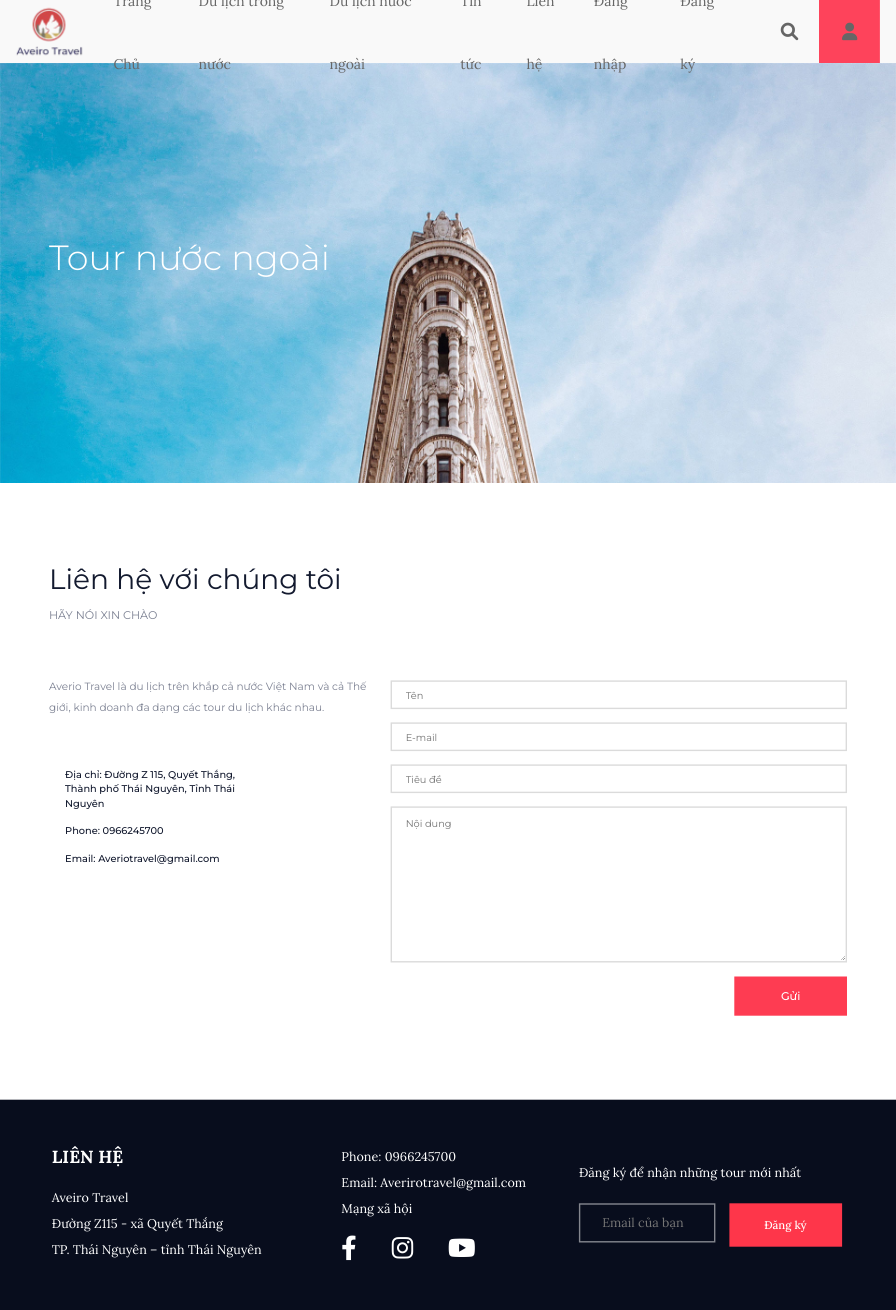
Repository: tuan842001/demotest
Page: /contact
The author's editor kept a copy of each file at every save. The page is drawn from the files as they stood at one save, then again after the next save.
The browser window is 1280 px wide. The pictures show the whole page, at 70% of full size.
The project was rebuilt for these pictures with package versions that can differ from the ones it lists, and the page was loaded fresh each time. Also part of the build but not shown: src/components/header/HeaderHome.jsx, src/components/top/top.css, src/components/post/post.css, src/components/post/Post.jsx, src/components/intourPost/intourPost.css, src/components/intourPost/IntourPost.jsx, src/components/posts/posts.css, src/components/posts/Posts.jsx and 20 more.

Above is the page before, as saved 2021-10-16 23:07:08.

### public/index.html
<!DOCTYPE html>
<html lang="en">
  <head>
    <meta charset="utf-8" />
    <link rel="icon" href="%PUBLIC_URL%/favicon.ico" />
    <meta name="viewport" content="width=device-width, initial-scale=1" />
    <meta name="theme-color" content="#000000" />
    <meta name="description" content="Web site created using create-react-app"/>
    <link href="https://fonts.googleapis.com/css2?family=Lora:wght@400;500;600;700&display=swap" rel="stylesheet">
    <link rel="stylesheet" href="https://cdnjs.cloudflare.com/ajax/libs/font-awesome/6.0.0-beta2/css/all.min.css" integrity="sha512-YWzhKL2whUzgiheMoBFwW8CKV4qpHQAEuvilg9FAn5VJUDwKZZxkJNuGM4XkWuk94WCrrwslk8yWNGmY1EduTA==" crossorigin="anonymous" referrerpolicy="no-referrer" />
    <link href="https://fonts.googleapis.com/css2?family=Lora:ital,wght@1,700&family=Montserrat:wght@200&display=swap" rel="stylesheet">
    <link href="https://fonts.googleapis.com/css2?family=Montserrat:wght@400;500;600;700;800;900&display=swap" rel="stylesheet">
	  <Link rel="stylesheet" href="./assets/styles/bootstrap4/popper.js">
	  <Link rel="stylesheet" href="./assets/styles/bootstrap4/bootstrap.min.js">
	  <Link rel="stylesheet" href="./assets/styles/bootstrap4/bootstrap.min.css">
	  <Link rel="stylesheet" href="./assets/styles/plugins/OwlCarousel2-2.2.1/owl.carousel.css">
	  <Link rel="stylesheet" href="./assets/styles/main_styles.css">
      <!--  -->
      <link rel="stylesheet"  href="./assets/styles/bootstrap4/bootstrap.min.css">
      <Link rel="stylesheet"  href="./assets/styles/js/jquery-3.2.1.min.js">
      <Link rel="stylesheet"  href="./assets/styles/bootstrap4/popper.js">
      <Link rel="stylesheet"  href="./assets/styles/bootstrap4/bootstrap.min.js">
      <Link rel="stylesheet"  href="./assets/plugins/OwlCarousel2-2.2.1/owl.carousel.js">
      <Link rel="stylesheet"  href="./assets/plugins/easing/easing.js">
      <Link rel="stylesheet"  href="./assets/plugins/parallax-js-master/parallax.min.js">
      <Link rel="stylesheet"  href="./assets/plugins/magnific-popup/jquery.magnific-popup.min.js">
      <Link rel="stylesheet"  href="./assets/styles/js/custom.js">
      <!--  -->
      <link
      rel="stylesheet"
      href="https://unpkg.com/swiper/swiper-bundle.min.css"
    />
    <title>Aveiro Travel</title>
  </head>
  <body>
    <noscript>You need to enable JavaScript to run this app.</noscript>
    <div id="root"></div>
  </body>
</html>

### src/pages/contact/Contact.jsx
import HeaderOuttour from "../../components/header/HeaderOuttour";
import Bottombar from "../../components/bottombar/Bottombar";
import "./contact.css";

export default function Contact() {
  return (
    <>
      <HeaderOuttour />
      <div className="contact">
        <div className="container">
          <div className="row">
            <div className="col">
              <div className="contactTitle">Liên hệ với chúng tôi</div>
              <div className="contactSubtitle">Hãy nói xin chào</div>
            </div>
          </div>
          <div className="row contactContent">
            <div className="col-lg-5">
              <div className="contactText">
                <p>
                  Averio Travel là du lịch trên khắp cả nước Việt Nam và cả Thế
                  giới, kinh doanh đa dạng các tour du lịch khác nhau.
                </p>
              </div>
              <div className="contactInfo">
                <div className="contactInfoContainer">
                  <ul>
                    <li>
                      Địa chỉ: Đường Z 115, Quyết Thắng, Thành phố Thái Nguyên,
                      Tỉnh Thái Nguyên
                    </li>
                    <li>Phone: 0966245700</li>
                    <li>Email: Averiotravel@gmail.com</li>
                  </ul>
                </div>
              </div>
            </div>
            <div className="col-lg-7">
              <div className="contactFormContainer">
                <form action="#" id="contact_form" class="clearfix">
                  <input
                    id="contact_input_name"
                    class="contact_input contact_input_name"
                    type="text"
                    placeholder="Tên"
                    required="required"
                    data-error="Name is required."
                  />
                  <input
                    id="contact_input_email"
                    class="contact_input contact_input_email"
                    type="text"
                    placeholder="E-mail"
                    required="required"
                    data-error="E-mail is required."
                  />
                  <input
                    id="contact_input_subject"
                    class="contact_input contact_input_subject"
                    type="text"
                    placeholder="Tiêu đề"
                  />
                  <textarea
                    id="contact_input_message"
                    class="contact_message_input contact_input_message"
                    name="message"
                    placeholder="Nội dung"
                    required="required"
                    data-error="Please, write us a message."
                  ></textarea>
                  <button
                    id="contact_send_btn"
                    type="submit"
                    class="contact_send_btn trans_200"
                    value="Submit"
                  >
                    Gửi
                  </button>
                </form>
              </div>
            </div>
          </div>
        </div>
      </div>
      <Bottombar />
    </>
  );
}

### src/components/topbar/TopBar.jsx
import { Link } from "react-router-dom";
import React from "react";
import "./topbar.css";

export default function TopBar() {
  const user = false;
  return (
    <div className="top">
      <div className="topLeft">
        <img
          className="topImg"
          src="./assets/images/logoAveiroTravel.png"
          alt=""
        />
      </div>
      <div className="topCenter">
        <ul className="topList">
          <li className="topListItem">
            <Link
              style={{
                textDecoration: "none",
                color: "inherit",
                fontsize: "20px",
              }}
              to="/"
            >
              Trang Chủ
            </Link>
          </li>
          <li className="topListItem">
            <Link
              style={{
                textDecoration: "none",
                color: "inherit",
                fontsize: "20px",
              }}
              to="/intour"
            >
              Du lịch trong nước
            </Link>
          </li>
          <li className="topListItem">
            <Link
              style={{
                textDecoration: "none",
                color: "inherit",
                fontsize: "20px",
              }}
              to="/outtour"
            >
              Du lịch nước ngoài
            </Link>
          </li>
          <li className="topListItem">
            <Link
              style={{
                textDecoration: "none",
                color: "inherit",
                fontsize: "20px",
              }}
              to="/news"
            >
              Tin tức
            </Link>
          </li>
          <li className="topListItem">
            <Link
              style={{
                textDecoration: "none",
                color: "inherit",
                fontsize: "20px",
              }}
              to="/contact"
            >
              Liên hệ
            </Link>
          </li>
          <li className="topListItem">
            <Link
              style={{
                textDecoration: "none",
                color: "inherit",
                fontsize: "20px",
              }}
              to="/login"
            >
              Đăng nhập
            </Link>
          </li>
          <li className="topListItem">
            <Link
              style={{
                textDecoration: "none",
                color: "inherit",
                fontsize: "20px",
              }}
              to="/register"
            >
              Đăng ký
            </Link>
          </li>
        </ul>
      </div>
      <div className="topRight">
        <div className="topList">
          <div className="topSeach">
            <i className="topSearchIcon fas fa-search"></i>
          </div>
          <div className="topUser">
            <i class="topSearchIcon fas fa-user"></i>
          </div>
        </div>
      </div>
    </div>
  );
}

### src/components/bottombar/Bottombar.jsx
import "./bottombar.css";

export default function Bottombar() {
  return (
    <div className="bottombar">
      <div className="bottomLeft">
        <span className="bottomTitle">LIÊN HỆ</span>
        <span className="bottomText">Aveiro Travel</span>
        <span className="bottomText">Đường Z115 - xã Quyết Thắng</span>
        <span className="bottomText">TP. Thái Nguyên – tỉnh Thái Nguyên</span>
      </div>
      <div className="bottomCenter">
        <span className="bottomText">Phone: 0966245700</span>
        <span className="bottomText">Email: Averirotravel@gmail.com</span>
        <span className="bottomText">
          Mạng xã hội <i></i>
        </span>
        <div className="bottomItem">
          <i className="bottomIcon fab fa-facebook-f"></i>
          <i className="bottomIcon fab fa-instagram"></i>
          <i className="bottomIcon fab fa-youtube"></i>
        </div>
      </div>
      <div className="bottomRight">
        <span className="bottomText">Đăng ký để nhận những tour mới nhất</span>
        <div className="bottomSubscribe">
          <input
            type="email"
            id="bottom_input"
            className="bottom_input"
            placeholder="Email của bạn"
          />
          <button type="submit" id="bottom_button" class="bottom_button">
            Đăng ký
          </button>
        </div>
      </div>
    </div>
  );
}

### src/app.css
*{
    margin: 0;
    padding: 0;
    -webkit-font-smoothing: antialiased;
    -webkit-text-shadow: rgba(0,0,0,.01) 0 0 1px;
    text-shadow: rgb(0 0 0 / 1%) 0 0 1px;
}
body{
    font-family: 'Montserrat', sans-serif;
    font-size: 14px;
    font-weight: 400;
    background: #FFFFFF;
    color: #131a2f;
}
ul{
    list-style: none;
    margin-bottom: 0px;
    padding-left: 0rem !important;
}
a{
    display: block;
    font-size: 16px;
    font-weight: 500;
    line-height: 56px;
    text-decoration: none;
    background-color: transparent;
}

.sectionTitle{
    padding-top: 30px;
    line-height: 1.1;
    font-size: 40px;
    font-weight: 300;
    text-align: center!important;

}
.sectionTitle div {
    font-size: 16px;
    font-weight: 600;
    color: #7d8293;
    text-transform: uppercase;
    margin-top: 19px;
}
img{
    vertical-align: middle;
    border-style: none;
}
/* div{
    display: block;
    position: relative;
    -webkit-box-sizing: border-box;
    -moz-box-sizing: border-box;
    box-sizing: border-box;
} */


.dropdown-content {
    display: none;
    position: absolute;
    right: 0;
    top: 100%;
    margin: 0;
    width: 100%;
    background: #FFFFFF;

    z-index: 1;
    box-shadow: 0 15px 25px rgb(63 78 100 / 15%);
}

.dropdown:hover .dropdown-content {
    display: block;
}
.btn-primary {
    color: #fff;
    background-color: #fe435b;
    border-color: #fe435b;
    font-weight: 500;
}

### src/components/header/HeaderOuttour.jsx
import "./header.css";

export default function HeaderOuttour() {
  return (
    <div>
      <div className="headerIntour">
        <div className="headerIntourBackground">
          <img src="./assets/images/news.jpg" alt="" />
        </div>
        <div class="container">
          <div class="row">
            <div class="col">
              <div class="header_content">
                <div class="header_content_inner">
                  <div class="header_title">Tour nước ngoài</div>
                  <div class="header_breadcrumbs">
                    <ul class="header_breadcrumbs_list">
                      <li class="header_breadcrumb"></li>
                    </ul>
                  </div>
                </div>
              </div>
            </div>
          </div>
        </div>
      </div>
    </div>
  );
}

### src/pages/contact/contact.css
.contact {
    padding-top: 107px;
    padding-bottom: 120px;
}
.contactTitle {
    font-size: 40px;
    font-weight: 400;
    color: #131a2f;
}
.contactSubtitle {
    font-size: 16px;
    text-transform: uppercase;
    color: #7d8293;
    margin-top: 10px;
}


.contactContent {
    margin-top: 74px;
}
.contactInfo {
    margin-top: 75px;
}
.contactText p {
    font-size: 15px;
    line-height: 2;
    font-weight: 400;
    color: #7d8293;
    -webkit-font-smoothing: antialiased;
    -webkit-text-shadow: rgba(0,0,0,.01) 0 0 1px;
    text-shadow: rgb(0 0 0 / 1%) 0 0 1px;
}
.contactInfoContainer {
    display: inline-block;
    vertical-align: top;
    margin-top: -4px;
    padding-left: 23px;
    max-width: 310px;
}
.contactInfoContainer ul li {
    font-size: 14px;
    color: #131a2f;
    font-weight: 500;
    margin-bottom: 18px;
}


.contactFormContainer {
    width: 100%;
    margin-top: 7px;
}
.contact_form_container {
    width: 100%;
    margin-top: 7px;
}
.contact_input {
    width: 100%;
    height: 41px;
    border: solid 2px #dbdbdb;
    padding-left: 20px;
    margin-bottom: 19px;
    outline: none;
}
.contact_input_message {
    width: 100%;
    height: 223px;
    border: solid 2px #dbdbdb;
    outline: none;
    padding-top: 13px;
    padding-left: 20px;
}
.contact_send_btn {
    width: 161px;
    height: 56px;
    background: rgba(254,60,82,1);
    border: none;
    outline: none;
    float: right;
    color: #FFFFFF;
    font-size: 16px;
    font-weight: 500;
    cursor: pointer;
    margin-top: 14px;
}

### src/components/topbar/topbar.css
.top{
    width: 100%;
    height: 90px;
    background-color: #f9f9f9;
    position: sticky;
    top: 0;
    display: flex;
    align-items: center;
    font-family: 'Lora', serif;
    color: #666;
    z-index: 999;
}

.topLeft{
    flex: 1;
    display: flex;
    align-items: center;
    justify-content: center;
}
.topCenter{
    flex: 8;
}
/* .topCenter ul{
    padding-left: 10rem !important;
}  */
.topRight{
    flex: 2;
    /* display: grid; */
    height: 100%;
    width: 100%;
    display: flex;
    -webkit-box-align: center;
    -ms-flex-align: center;
    align-items: center;
}
.topImg{
    width: 140px;
    height: 90px;
    object-fit: cover;
}
.topList{
    height: 100%;
    display: inline-flex;
}
.topListItem{
    display: inline-block;
    position: relative;
    padding-top: 2px;
}
.topListItem a {
    display: block;
    font-size: 20px;
    font-weight: 400;
    line-height: 90px;
    padding-left: 22px;
    padding-right: 22px;
}
.topSearchIcon{
    font-size: 25px;
    width: 100%;
    color: #666;
    text-align: center;
    margin-left: auto;
    margin-right: auto;
    line-height: 90px;
    cursor: pointer;
}
.topListItem.active::after {
    display: block;
    position: absolute;
    bottom: 1px;
    left: 0;
    width: 100%;
    height: 3px;
    background: #fe435b;
    content: '';
}

.topSeach{
    width: 100%;
}
.topSeach i {
    text-align: right;
    padding-right: 30px;
}
.topUser{
    width: 150px;
    background-color: #fe435b;
    float: right;
    margin-right: 0px;
}

### src/components/bottombar/bottombar.css
.bottombar{
    width: 100%;
    height: 300px;
    background-color: #080d1d;
    display: flex;
    align-items: center;
    font-family: 'Lora', serif;
    color: #fff;
    font-size: 18px;
    position: absolute;
}
.bottomLeft, .bottomCenter {
    flex: 3;
    display: flex;
    flex-direction: column;
    justify-content: center;
    margin-left: 74px;
}

.bottomRight{
    flex: 4;
    display: flex;
    flex-direction: column;
    justify-content: center;
}
.bottomTitle{
    font-size: 25px;
    font-weight: 700;
    margin-bottom: 25px;
}
.bottomText{
    margin-bottom: 10px;
}
.bottomIcon{
    font-size: 35px;
    margin-top: 15px;
    margin-right: 50px;
    cursor: pointer;
}
.bottomSubscribe{
    display: flex;
    margin-top: 20px;
}
.bottom_input{
    width: calc(65% - 100px);
    height: 56px;
    border: solid 2px rgba(255,255,255,0.5);
    outline: none;
    background: transparent;
    padding-left: 31px;
    color: #FFFFFF;
}
.bottom_button{
    width: 161px;
    height: 62px;
    vertical-align: top;
    cursor: pointer;
    border: none;
    outline: none;
    background: #fe364a;
    color: #FFFFFF;
    font-size: 16px;
    margin-left: 20px;
    font-weight: 500;
    -webkit-transition: all 200ms ease;
    -moz-transition: all 200ms ease;
    -ms-transition: all 200ms ease;
    -o-transition: all 200ms ease;
    transition: all 200ms ease;
}

### src/components/header/header.css
.header{
    width: 100%;
    height: 100vh;
    font-family: 'Montserrat', sans-serif;
}
.headerBackground, .headerBackground img{
    position: absolute;
    top: 0;
    left: 0;
    width: 100%;
    height: 100%;
    background-repeat: no-repeat;
    background-size: cover;
    background-position: center center;
}
.headerContent{
    position: absolute;
    top: 25%;
    left: 50%;
    -webkit-transform: translateX(-50%);
    -moz-transform: translateX(-50%);
    -ms-transform: translateX(-50%);
    -o-transform: translateX(-50%);
    transform: translateX(-50%);
    width: 80%;
    text-align: center;
}
.headerTitleSm{
    position: absolute;
    top: 50%;
    left: 48%;
    -webkit-transform: translate(-50%, -50%);
    -moz-transform: translate(-50%, -50%);
    -ms-transform: translate(-50%, -50%);
    -o-transform: translate(-50%, -50%);
    transform: translate(-50%, -50%);
    width: 100%;
    font-size: 72px;
    font-weight: 400;
    color: #FFFFFF;
    text-shadow: 0px 11px 51px rgb(0 0 0 / 35%);

}
.headerTitleLg{
    font-size: 220px;
    font-weight: 900;
    color: #fdaa27;
    opacity: 0.35;
    text-transform: uppercase;
    line-height: 0.75;
}

/* Header Intour */
.headerIntour{
    width: 100%;
    height: 600px;
}
.headerIntourBackground, .headerIntourBackground img{
    position: absolute;
    top: 0;
    left: 0;
    width: 100%;
    height: 100%;
    background-repeat: no-repeat;
    background-size: cover;
    background-position: center center;
}
.header_content {
    width: 100%;
    height: 601px;
}
.header_content_inner {
    position: absolute;
    top: 40%;
    left: 0;
    width: 100%;
    text-align: left;
}
.header_title {
    font-size: 50px;
    font-weight: 300;
    color: #FFFFFF;
}
.header_breadcrumbs {
    margin-top: -6px;
}

Loaded but not shown: src/index.js (common file); public/assets/styles/bootstrap4/popper.js (library); public/assets/styles/bootstrap4/bootstrap.min.js (library); public/assets/styles/bootstrap4/bootstrap.min.css (library); public/assets/styles/plugins/OwlCarousel2-2.2.1/owl.carousel.css (library); public/assets/styles/js/jquery-3.2.1.min.js (library); public/assets/styles/plugins/OwlCarousel2-2.2.1/owl.carousel.js (library); public/assets/styles/plugins/easing/easing.js (library); public/assets/styles/plugins/parallax-js-master/parallax.min.js (library); public/assets/styles/plugins/magnific-popup/jquery.magnific-popup.min.js (library); public/assets/styles/js/custom.js (219 lines, source omitted); src/App.js (51 lines, source omitted); public/assets/styles/main_styles.css (1627 lines, source omitted); src/pages/outtour/test.css (1543 lines, source omitted); src/pages/intour/intour.css (no stored copy; drawn as an empty file)

After the next save:
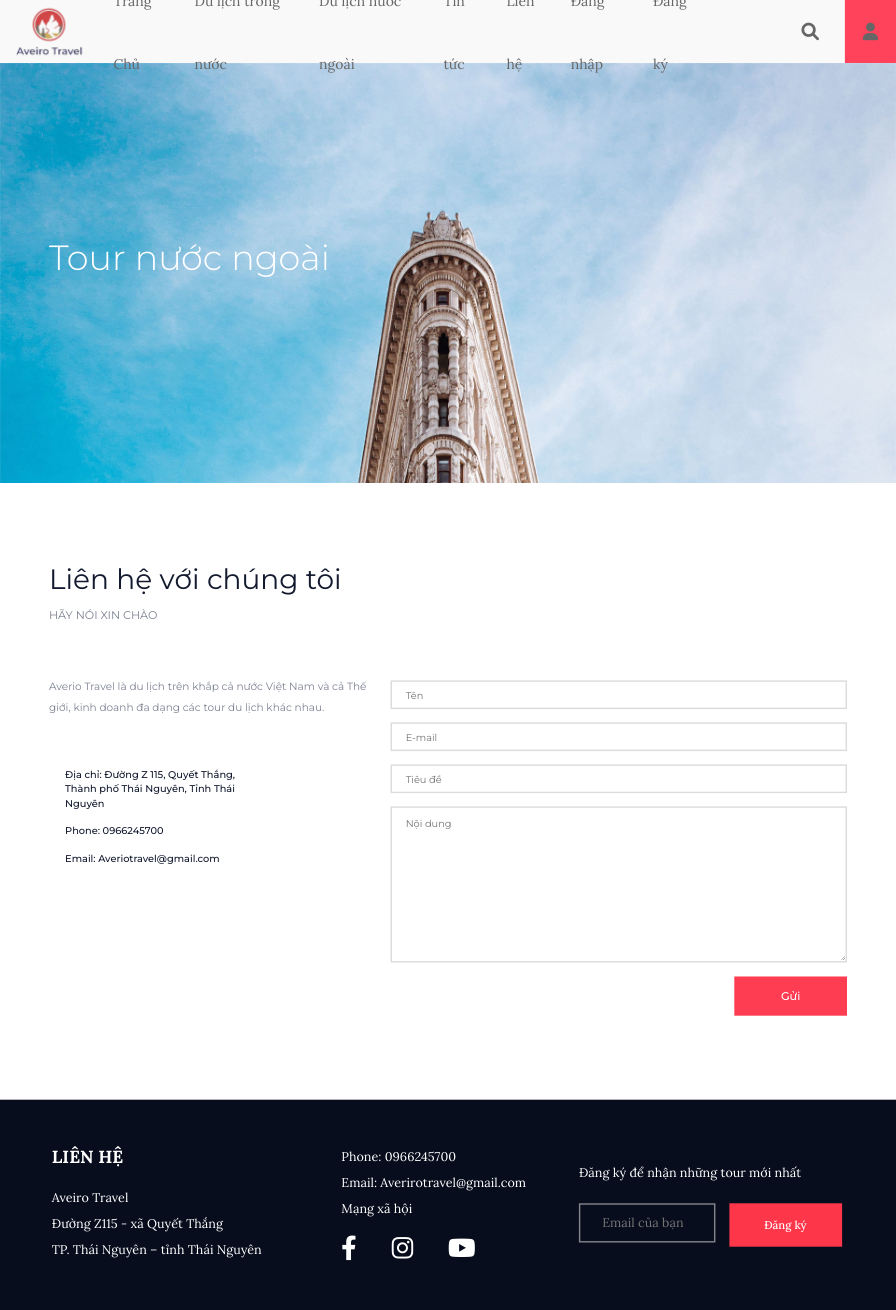
Saved 29 s later.
--- a/src/components/topbar/topbar.css
+++ b/src/components/topbar/topbar.css
@@ -78,6 +78,8 @@
 
 .topSeach{
     width: 100%;
+    margin-right: 7px;
+    margin-left: 60px;
 }
 .topSeach i {
     text-align: right;
